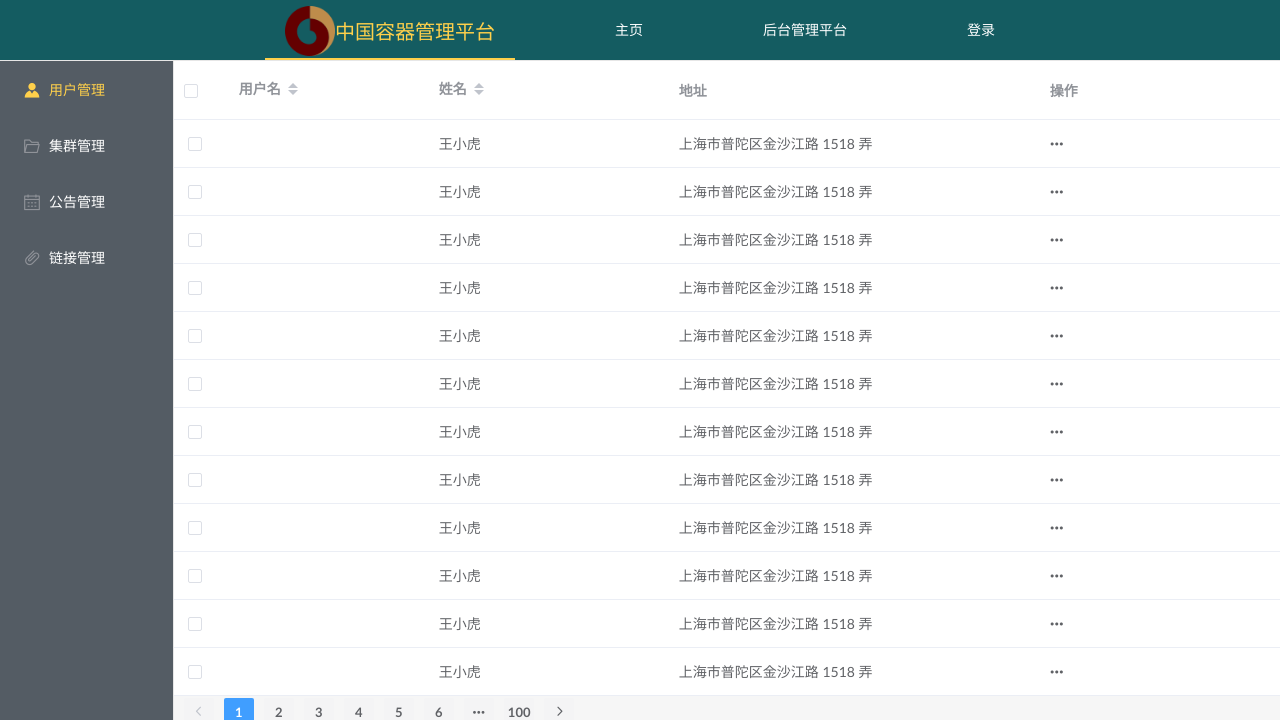
Repository: lei123zhou/zhongjin
Page: /main/management/user
The author's editor kept a copy of each file at every save. The page is drawn from the files as they stood at one save, then again after the next save.
The browser window is 1280 px wide. The pictures show the whole page.
The project was rebuilt for these pictures with package versions that can differ from the ones it lists, and the page was loaded fresh each time. Also part of the build but not shown: vue.config.js.

Above is the page before, as saved 2022-08-29 22:15:19.

After the next save:
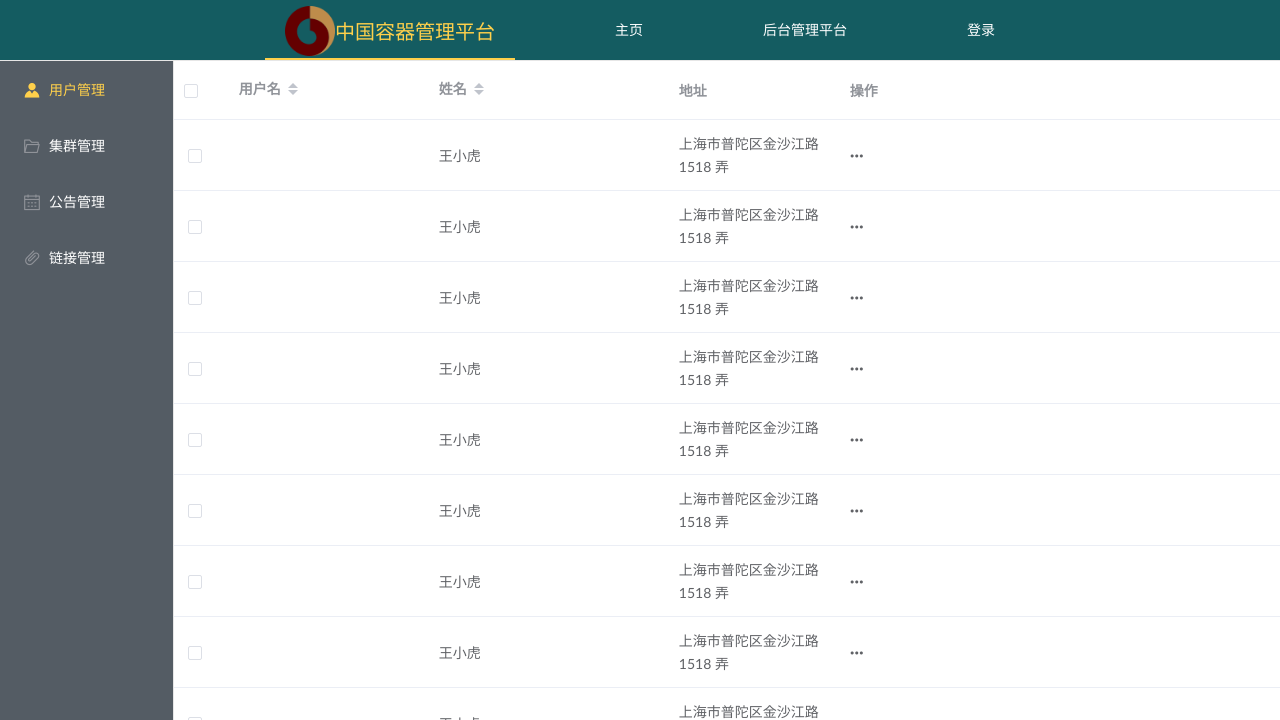
Saved 14 s later.
--- a/src/pages/management/user/UserPage.vue
+++ b/src/pages/management/user/UserPage.vue
@@ -14,7 +14,7 @@
       </el-table-column>
       <el-table-column prop="address" label="地址" :formatter="formatter">
       </el-table-column>
-      <el-table-column label="操作" width="240">
+      <el-table-column label="操作" width="440">
         <el-popover placement="right" width="40" trigger="hover">
           <template slot-scope="scope">
             <el-button size="mini" @click="handleEdit(scope.$index, scope.row)"

After the save that followed:
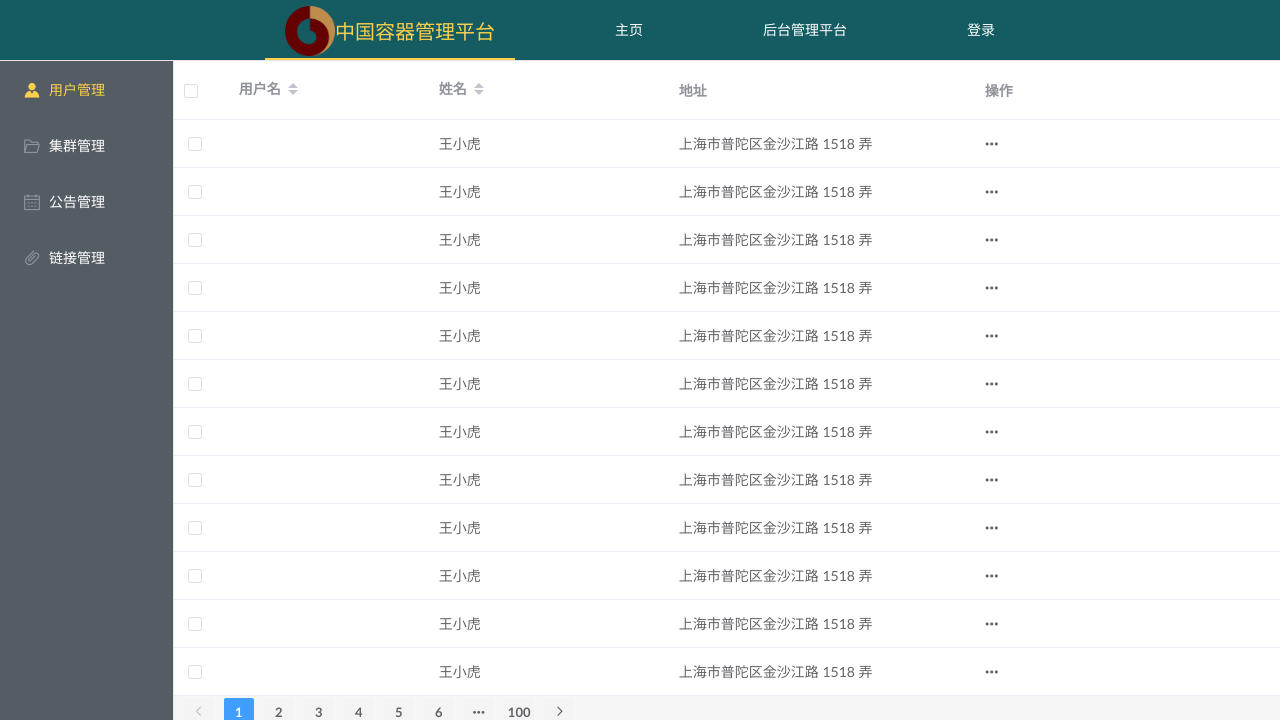
Saved 5 s later.
--- a/src/pages/management/user/UserPage.vue
+++ b/src/pages/management/user/UserPage.vue
@@ -14,7 +14,7 @@
       </el-table-column>
       <el-table-column prop="address" label="地址" :formatter="formatter">
       </el-table-column>
-      <el-table-column label="操作" width="440">
+      <el-table-column label="操作">
         <el-popover placement="right" width="40" trigger="hover">
           <template slot-scope="scope">
             <el-button size="mini" @click="handleEdit(scope.$index, scope.row)"
